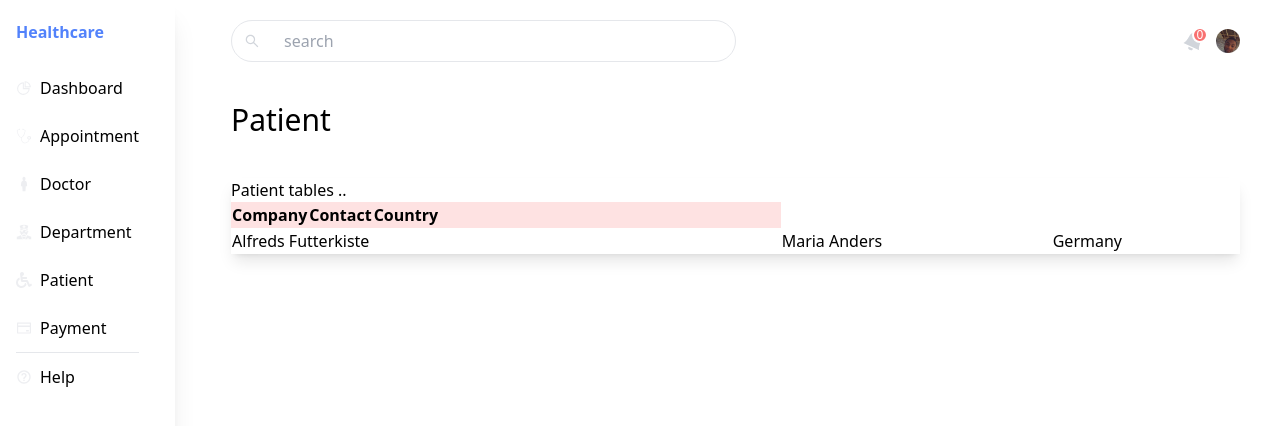
Repository: hisreal123/healthcare-dashboard
Page: /patient
These files come from the project's save history. The page is drawn as it stood at one moment and after the next save; the edit follows.
The browser window is 1280 px wide. The pictures show the whole page.
The project was rebuilt for these pictures with package versions that can differ from the ones it lists, and the page was loaded fresh each time. Also part of the build but not shown: vite.config.ts, src/routes/Error.tsx, src/views/Dashboard.tsx, components/tables/AppointementTable.tsx, src/views/Appointment.tsx, src/views/Doctor.tsx, src/views/Department.tsx, src/views/Payment.tsx and 1 more.

Above is the page before, as saved 2023-05-05 19:02:56.

After the next save:
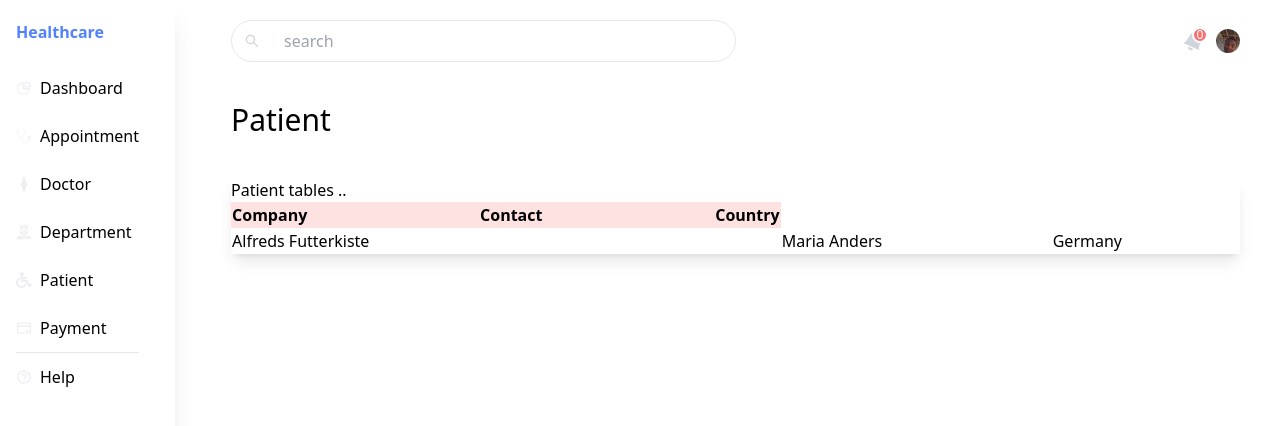
Saved 4 s later.
--- a/components/tables/PatientsTable.tsx
+++ b/components/tables/PatientsTable.tsx
@@ -39,7 +39,7 @@ export default function PatientTable({ patientStyle }: PatientTableProps) {
         return (
             <>
                 <table className="relative w-full ">
-                    <tr className='w-full bg-red-100 flex relative justify-start'>
+                    <tr className='w-full bg-red-100 flex relative justify-between'>
                         <th>Company</th>
                         <th>Contact</th>
                         <th>Country</th>
